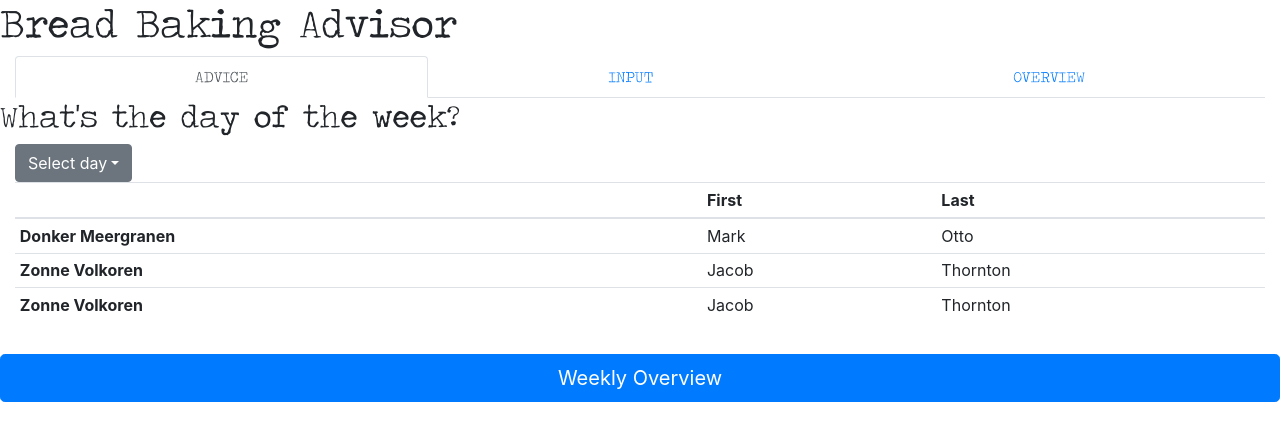
Repository: MarthGimenzo/bread-baking-advisor
Page: index.html
The author's editor kept a record of every edit. The page is drawn from the files as they stood at one moment, then again after the next edit.
The browser window is 1280 px wide. The pictures show the whole page.

Above is the page before.

After the next edit:
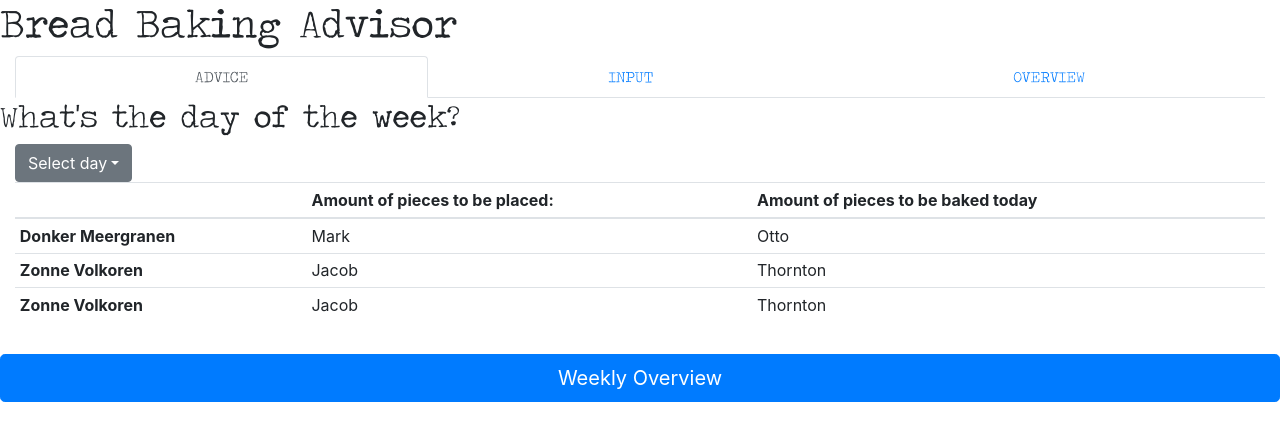
The edit:
--- a/index.html
+++ b/index.html
@@ -48,8 +48,8 @@
             <thead>
                 <tr>
                     <th scope="col"></th>
-                    <th scope="col">First</th>
-                    <th scope="col">Last</th>
+                    <th scope="col">Amount of pieces to be placed:</th>
+                    <th scope="col">Amount of pieces to be baked today</th>
 
                 </tr>
             </thead>
